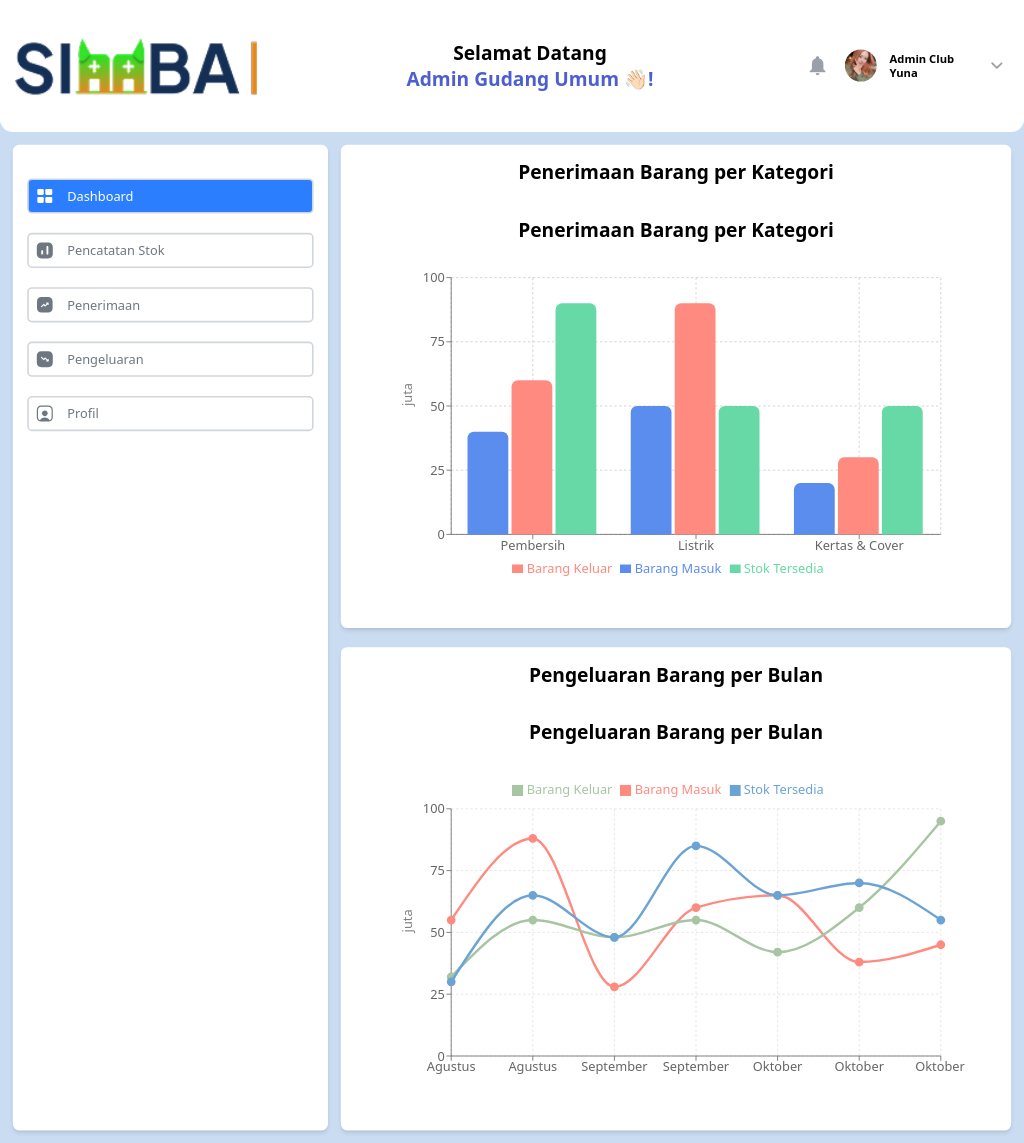
Repository: Gokerwow/inventory-fe
Page: /
The author's editor kept a copy of each file at every save. The page is drawn from the files as they stood at one save, then again after the next save.
The browser window is 1280 px wide. The pictures show the whole page, at 80% of full size.
The project was rebuilt for these pictures with package versions that can differ from the ones it lists, and the page was loaded fresh each time. Also part of the build but not shown: vite.config.ts, src/pages/stokBarang.tsx, src/pages/penerimaan.tsx, src/pages/pengeluaran.tsx, src/pages/profil.tsx.

Above is the page before, as saved 2025-10-15 16:01:42.

After the next save:
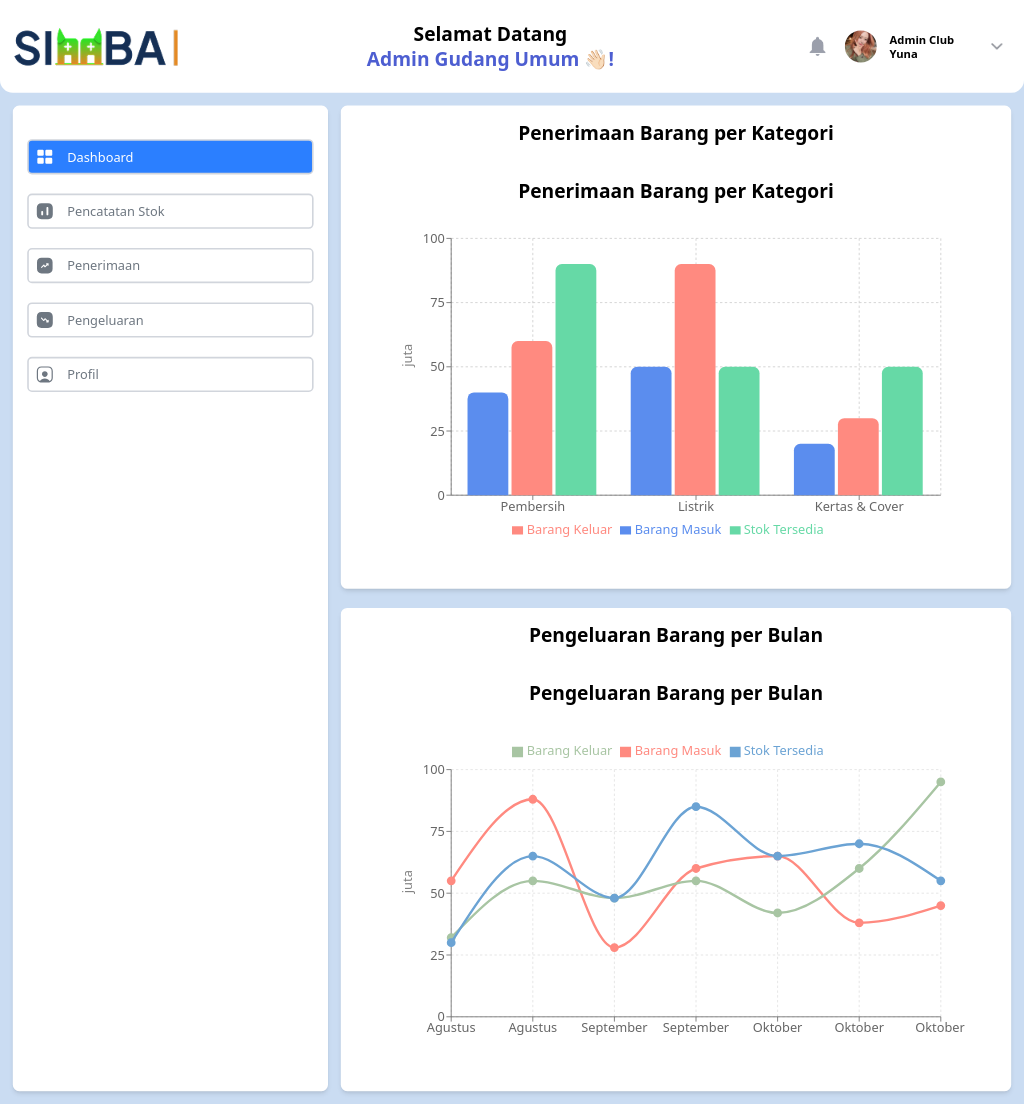
Saved 15 s later.
--- a/src/components/topBar.tsx
+++ b/src/components/topBar.tsx
@@ -6,9 +6,9 @@ import SimbaLogo from '../assets/Light Logo new 1.png';
 
 export default function TopBar() {
     return (
-        <div className="w-full flex items-center justify-between gap-6 py-4 rounded-b-2xl bg-white">
+        <div className="w-full flex items-center justify-between gap-6 py-2 rounded-b-2xl bg-white">
             <div className='p-4'>
-                <img src={SimbaLogo} alt="Simba Logo" className='w-[305px]' />
+                <img src={SimbaLogo} alt="Simba Logo"/>
             </div>
             <div className='text-2xl font-bold'>
                 <p className='text-center'>Selamat Datang</p>
